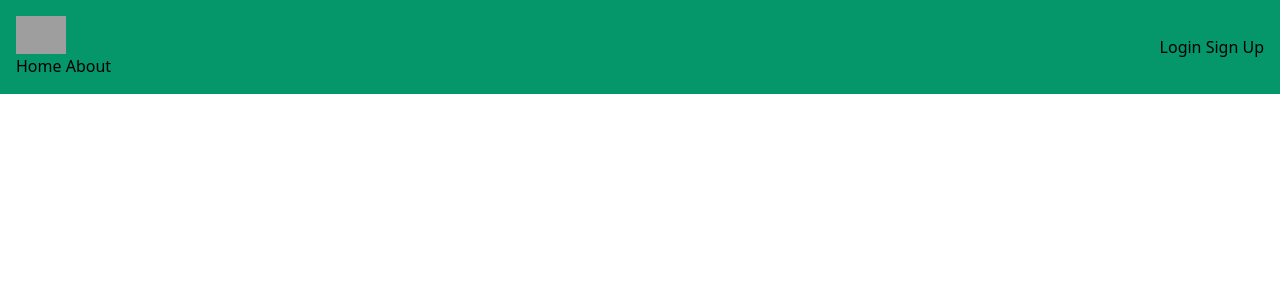
Repository: DaNiels89/tailwind-stawberries
Page: index.html
These files come from the project's save history. The page is drawn as it stood at one moment and after the next save; the edit follows.
The browser window is 1280 px wide. The pictures show the whole page.
Pictures or frames that could not be fetched are drawn as grey boxes.

Above is the page before, as saved 2020-08-24 13:20:49.

### index.html
<!DOCTYPE html>
<html lang="en">
  <head>
    <meta charset="UTF-8" />
    <meta name="viewport" content="width=device-width, initial-scale=1.0" />
    <title>Website with Tailwind</title>
    <link
      href="https://unpkg.com/tailwindcss@^1.0/dist/tailwind.min.css"
      rel="stylesheet"
    />
  </head>
  <body>
    <header class="bg-green-600 p-4">
      <nav class="flex justify-between items-center">
        <div>
          <img
            src="img/strawberry.png"
            alt="Mountain logo"
            class="Logo"
            width="50"
          />
          <a href="#" class="">Home</a>
          <a href="#" class="">About</a>
        </div>
        <div class="">
          <a href="#" class="">Login</a>
          <a href="#" class="">Sign Up</a>
        </div>
      </nav>
    </header>
    <main class=""></main>
    <footer class=""></footer>
  </body>
</html>

After the next save:
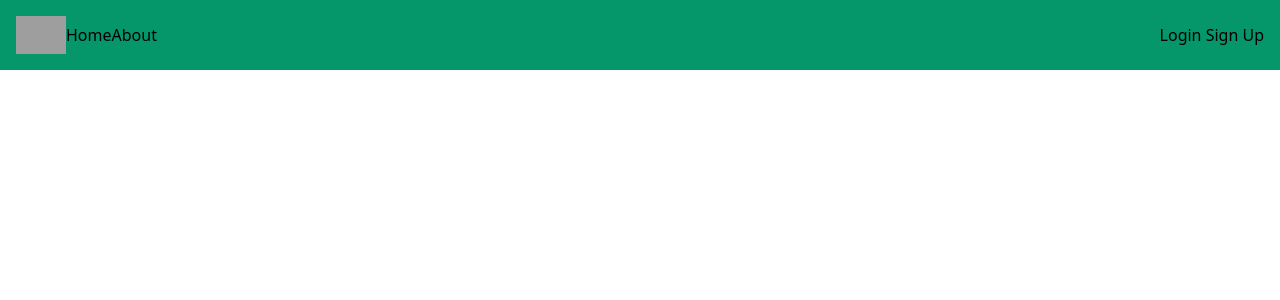
Saved 18 s later.
--- a/index.html
+++ b/index.html
@@ -12,7 +12,7 @@
   <body>
     <header class="bg-green-600 p-4">
       <nav class="flex justify-between items-center">
-        <div>
+        <div class="flex items-center">
           <img
             src="img/strawberry.png"
             alt="Mountain logo"
